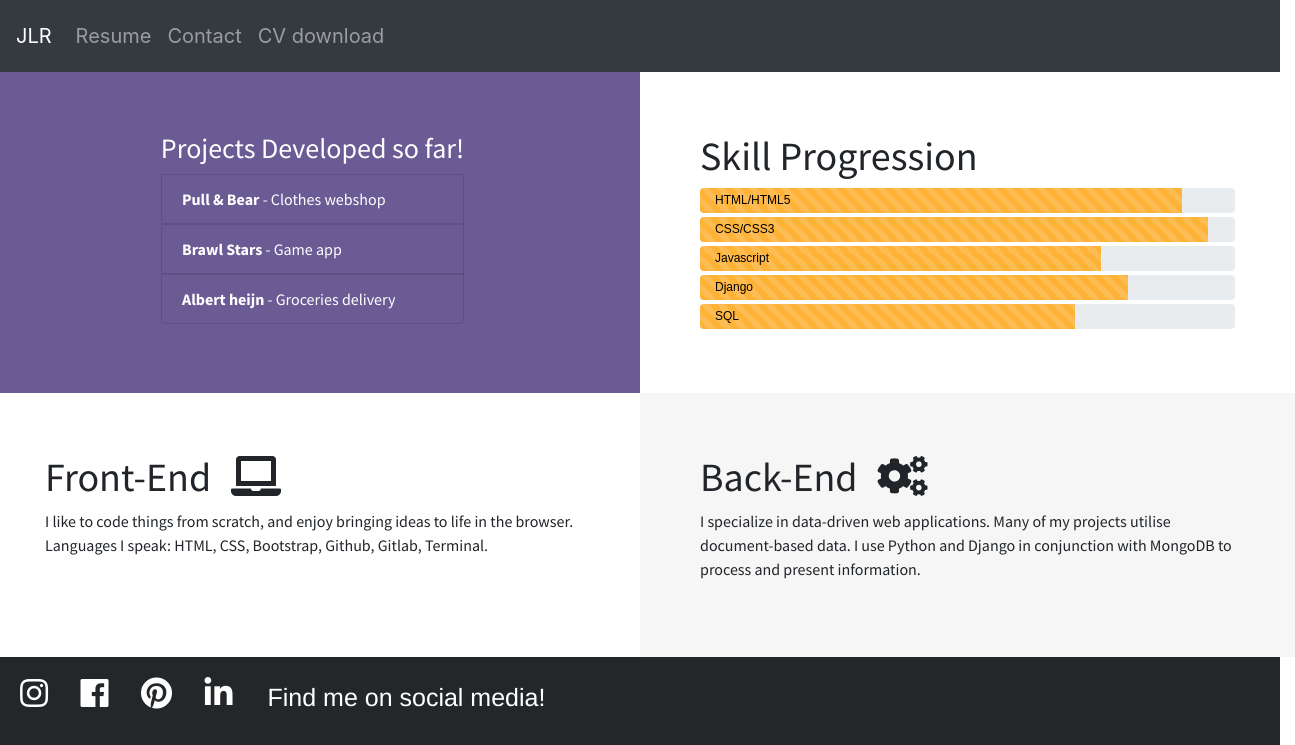
Repository: Kawaiisaki/Portfolio-site
Page: resume.html
The author's editor kept a record of every edit. The page is drawn from the files as they stood at one moment, then again after the next edit.
The browser window is 1280 px wide. The page is 1295 px wide, so the pictures cover 1295 px, including what lies to the right of the window. The pictures show the whole page.
Some web libraries are served in a nearby version.

Above is the page before.

After the next edit:
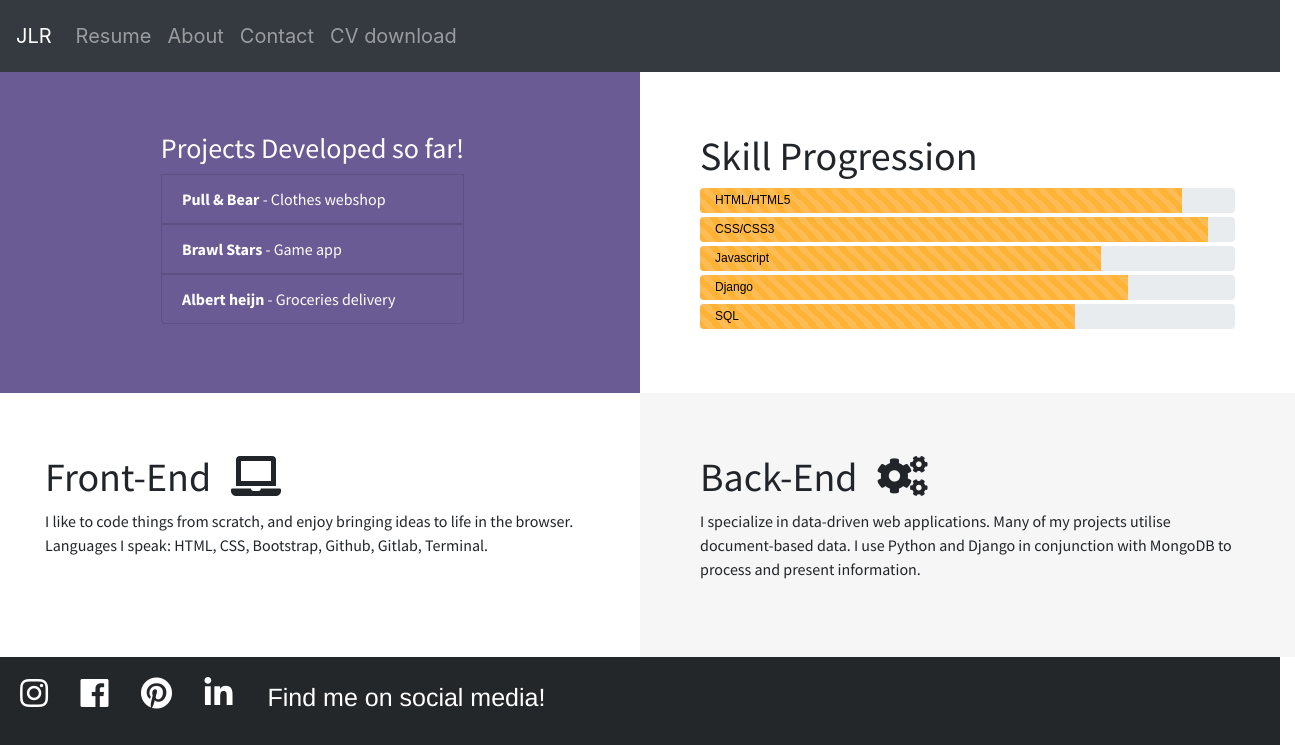
The edit:
--- a/resume.html
+++ b/resume.html
@@ -14,12 +14,11 @@
 
 <body>
     <header>
-
         <nav class="navbar sticky-top navbar-expand-lg navbar-dark bg-dark">
             <a class="navbar-brand" href="index.html">JLR</a>
             <button class="navbar-toggler" type="button" data-toggle="collapse" data-target="#navbarSupportedContent" aria-controls="navbarSupportedContent" aria-expanded="false" aria-label="Toggle navigation">
-    <span class="navbar-toggler-icon"></span>
-  </button>
+        <span class="navbar-toggler-icon"></span>
+      </button>
 
             <div class="collapse navbar-collapse" id="navbarSupportedContent">
                 <ul class="navbar-nav navbar-brand mr-auto">
@@ -27,10 +26,13 @@
                         <a class="nav-link" href="resume.html">Resume</a>
                     </li>
                     <li class="nav-item">
+                        <a class="nav-link" href="about.html">About</a>
+                    </li>
+                    <li class="nav-item">
                         <a class="nav-link" href="contact.html">Contact</a>
                     </li>
                     <li class="nav-item">
-                        <a class="nav-link" href="#">CV download</a>
+                        <a class="nav-link" href="assets/cv/samplecv.jpg" target="_blank">CV download</a>
                     </li>
                 </ul>
             </div>
